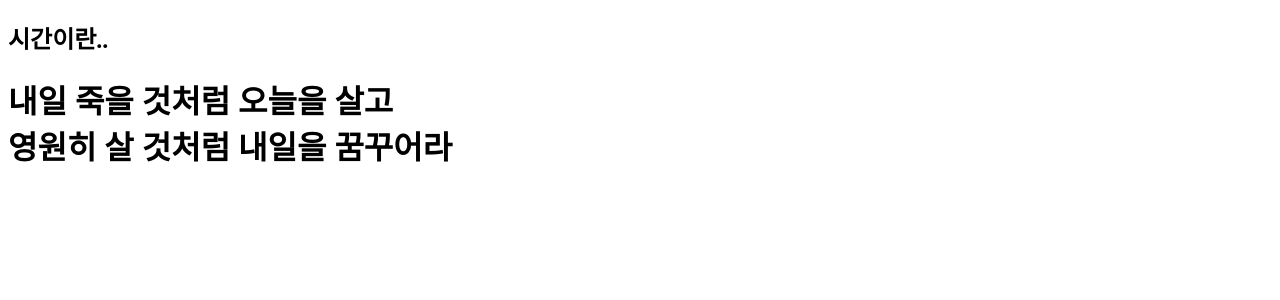
Repository: kimheerin/jspWorks
Page: http://localhost/jsbook/time.jsp
These files come from the project's save history. The page is drawn as it stood at one moment and after the next save; the edit follows.
The browser window is 1280 px wide. The pictures show the whole page.
The page is served by Tomcat 9.

Above is the page before, as saved 2023-11-20 02:57:01.

After the next save:
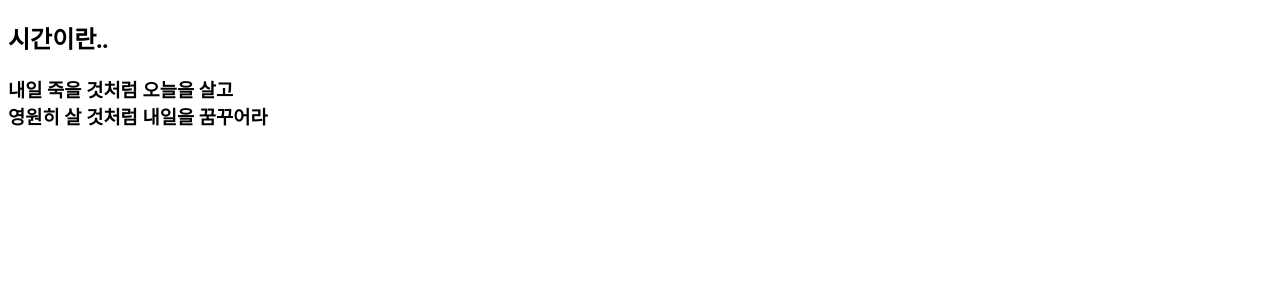
Saved 43 s later.
--- a/jsbook/src/main/webapp/time.jsp
+++ b/jsbook/src/main/webapp/time.jsp
@@ -10,9 +10,9 @@
 <body>
 	<div = id ="wrap">
 		<h2>시간이란..</h2>
-		<h1>내일 죽을 것처럼 오늘을 살고<br>
+		<h3>내일 죽을 것처럼 오늘을 살고<br>
 			영원히 살 것처럼 내일을 꿈꾸어라
-		</h1>
+		</h3>
 	</div>
 </body>
 </html>
